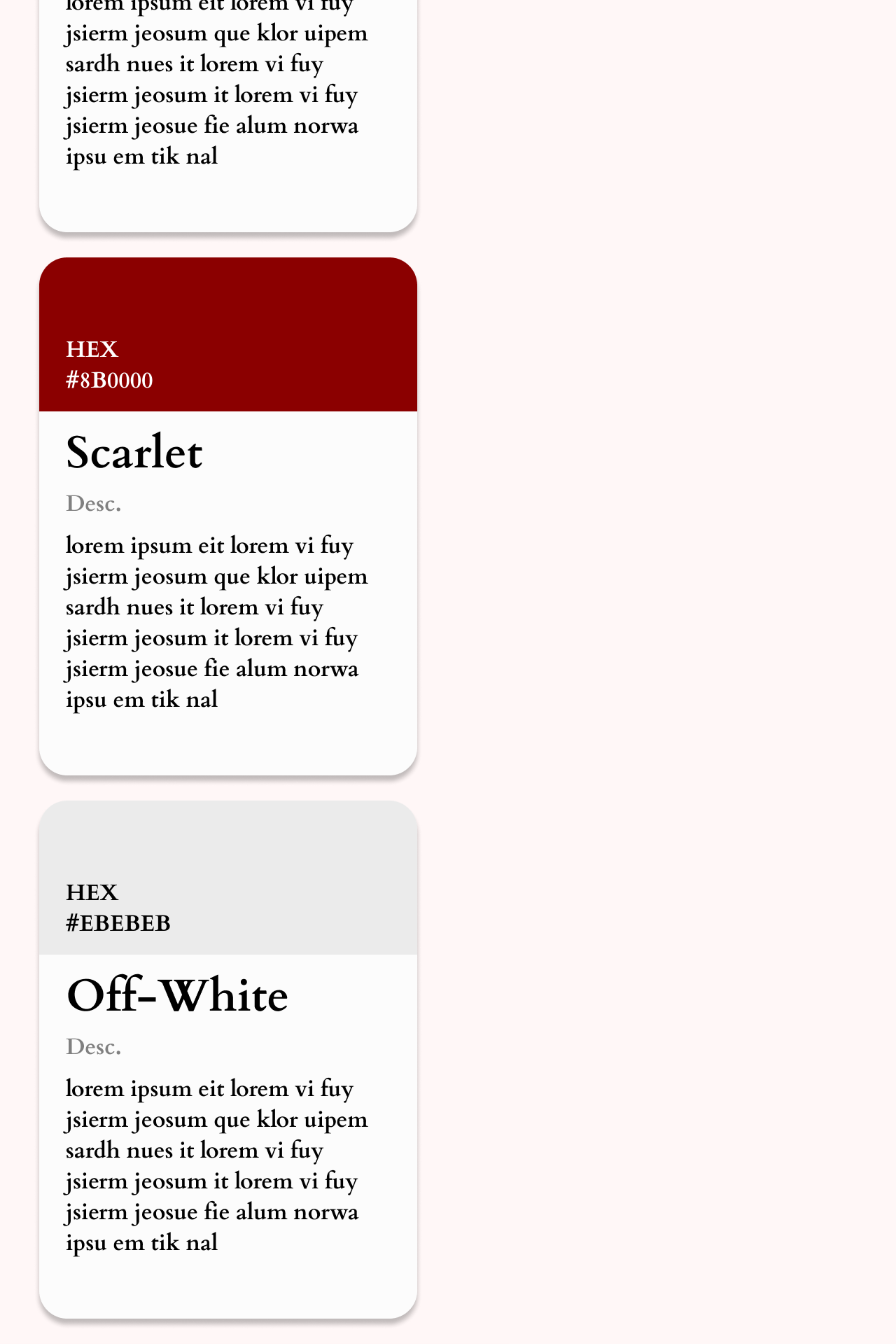
Repository: MeowCeline00/styleguide_wonder
Page: index.html
The author's editor kept a copy of each file at every save. The page is drawn from the files as they stood at one save, then again after a run of saves.
The browser window is 1280 px wide. The pictures show the part of the page from y = 3884 to 5804 px (the page is 5804 px tall), at 70% of full size.

Above is the page before, as saved 2024-04-09 17:51:24.

After the next 2 saves:
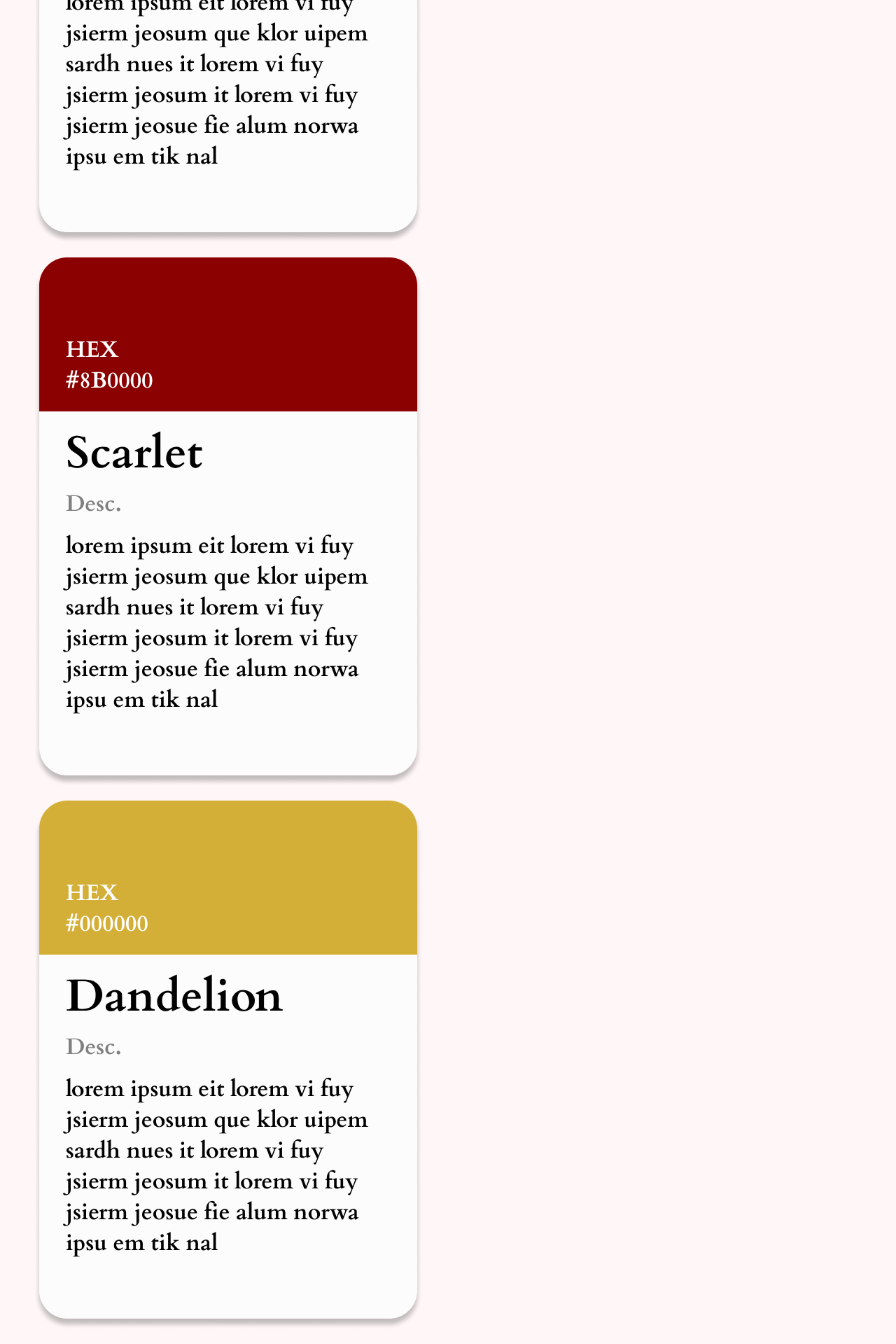
The 2 saves are shown as one change because they came seconds apart.
The last was saved 15 s later.
--- a/index.html
+++ b/index.html
@@ -79,7 +79,7 @@
                     <img src="./images/scarlet.png" alt="scarlet" class="color_guide_img">
                 </figure>
                 <figure class="color_guide_item color_guide_item--5">
-                    <img src="./images/off_white.png" alt="off_white" class="color_guide_img">
+                    <img src="./images/dandelion.png" alt="off_white" class="color_guide_img">
                 </figure>
             </div>
         </div>
